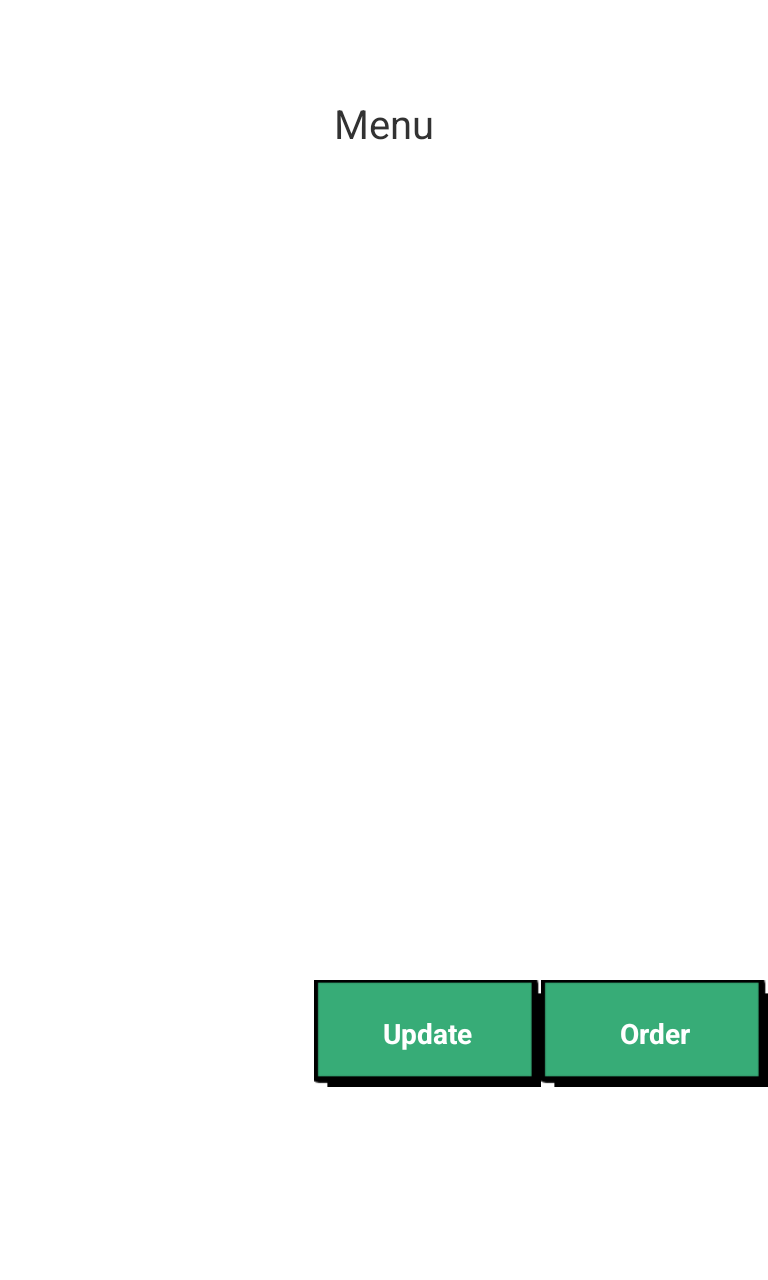
Repository: VanThi/Smart_Order
Layout: Project OS/Project_SO/res/layout/menu_item.xml
An editor plug-in stored every save of this project. The layout is shown before and after the next save, followed by the edit.
It is drawn on a 768 x 1280 px phone screen (xhdpi) without system bars, with theme AppTheme; the app's code is not run. Lists and similar views that code fills are empty.

Above is the layout before, as saved 2013-11-09 12:46:26.

### Project OS/Project_SO/res/layout/menu_item.xml
<?xml version="1.0" encoding="utf-8"?>
<LinearLayout xmlns:android="http://schemas.android.com/apk/res/android"
    android:layout_width="match_parent"
    android:layout_height="match_parent"
    android:orientation="vertical" >

    <TextView
        android:layout_width="wrap_content"
        android:layout_height="0dp"
        android:layout_weight="1" />

    <TextView
        android:layout_width="wrap_content"
        android:layout_height="wrap_content"
        android:layout_gravity="center"
        android:layout_weight="1"
        android:text="@string/menu"
        android:textSize="20sp" />

    <ListView
        android:id="@+id/menu_item"
        android:layout_width="wrap_content"
        android:layout_height="wrap_content"
        android:layout_weight="7" >
    </ListView>

    <TextView
        android:id="@+id/total"
        android:layout_width="wrap_content"
        android:layout_height="wrap_content"
        android:textAppearance="?android:attr/textAppearanceLarge"
        android:textIsSelectable="true"
        android:weight="1" />

    <LinearLayout
        android:layout_width="wrap_content"
        android:layout_height="wrap_content"
        android:layout_gravity="right"
        android:layout_weight="1"
        android:orientation="horizontal" >

        <Button
            android:id="@+id/updatebutton"
            style="@style/Button"
            android:layout_width="wrap_content"
            android:layout_height="wrap_content"
            android:text="@string/update" />

        <Button
            android:id="@+id/order"
            style="@style/Button"
            android:layout_width="wrap_content"
            android:layout_height="wrap_content"
            android:text="@string/order" />
    </LinearLayout>

    <TextView
        android:layout_width="wrap_content"
        android:layout_height="0dp"
        android:layout_weight="1" />

</LinearLayout>

### Project OS/Project_SO/res/values/styles.xml
<resources>

    <!--
        Base application theme, dependent on API level. This theme is replaced
        by AppBaseTheme from res/values-vXX/styles.xml on newer devices.
    -->
    <style name="AppBaseTheme" parent="android:Theme.Light">
        <!--
            Theme customizations available in newer API levels can go in
            res/values-vXX/styles.xml, while customizations related to
            backward-compatibility can go here.
        -->
    </style>

    <style name="NoActionBar" parent="@android:style/Theme.Holo.NoActionBar">
        <!-- Inherits the Holo theme with no action bar; no other styles needed. -->
    </style>

    <!-- Application theme. -->
    <style name="AppTheme" parent="AppBaseTheme">
        <!-- All customizations that are NOT specific to a particular API-level can go here. -->
    </style>

    <style name="HeaderBG">
        <item name="android:layout_width">fill_parent</item>
        <item name="android:layout_height">60dp</item>
        <item name="android:background">@drawable/header_bg</item>
        <item name="android:orientation">horizontal</item>
    </style>

    <style name="HeaderText">
        <item name="android:textColor">#FFFFFF</item>
        <item name="android:textSize">22sp</item>
        <item name="android:textStyle">bold</item>
        <item name="android:ellipsize">end</item>
        <item name="android:gravity">center</item>
        <item name="android:singleLine">true</item>
        <item name="android:text">@string/app_name</item>
    </style>

    <style name="Background">
        <item name="android:layout_width">fill_parent</item>
        <item name="android:layout_height">fill_parent</item>
        <item name="android:background">@color/background</item>
        <item name="android:orientation">vertical</item>
    </style>

    <style name="MENU">
        <item name="android:layout_width">fill_parent</item>
        <item name="android:layout_height">63dp</item>
        <item name="android:background">@drawable/menu_bg</item>
        <item name="android:gravity">center_vertical</item>
        <item name="android:padding">10dp</item>
        <item name="android:textColor">#FFFFFF</item>
        <item name="android:textSize">16sp</item>
    </style>

    <style name="TextDescription">
        <item name="android:textColor">@color/black</item>
        <item name="android:textSize">16sp</item>
        <item name="android:typeface">sans</item>
        <item name="android:textStyle">bold</item>
    </style>

    <style name="Text">
        <item name="android:textColor">@color/black</item>
        <item name="android:textSize">20sp</item>
        <item name="android:typeface">sans</item>
    </style>

    <style name="EditText">
        <item name="android:textColor">@color/black</item>
        <item name="android:textSize">14sp</item>
        <item name="android:typeface">sans</item>
        <item name="android:padding">5dp</item>
    </style>

    <style name="Button">
        <item name="android:padding">5dp</item>
        <item name="android:textStyle">bold</item>
        <item name="android:textColor">@color/white</item>
        <item name="android:textSize">14sp</item>
        <item name="android:background">@drawable/btn_bg</item>
        <item name="android:typeface">sans</item>
        <item name="android:layout_width">90dp</item>
        <item name="android:layout_height">40dp</item>
    </style>

    <style name="ButtonRight">
        <item name="android:padding">5dp</item>
        <item name="android:textStyle">bold</item>
        <item name="android:textColor">@color/white</item>
        <item name="android:textSize">14sp</item>
        <item name="android:background">@drawable/btn_bg</item>
        <item name="android:typeface">sans</item>
        <item name="android:layout_width">90dp</item>
        <item name="android:layout_height">40dp</item>
        <item name="android:layout_marginLeft">5dp</item>
    </style>

    <style name="CustomProgressBar" parent="android:Widget.ProgressBar.Horizontal">
        <item name="android:layout_width">200dp</item>
        <item name="android:layout_height">wrap_content</item>
        <item name="android:padding">5dp</item>
        <item name="android:layout_marginRight">10dp</item>
        <item name="android:indeterminateOnly">false</item>
        <item name="android:progressDrawable">@drawable/custom_progress_bar_horizontal</item>
        <item name="android:minHeight">10dip</item>
        <item name="android:maxHeight">20dip</item>
    </style>


</resources>

### Project OS/Project_SO/res/values/strings.xml
<?xml version="1.0" encoding="utf-8"?>
<resources>

    <string name="app_name">Smart Order</string>
    <string name="action_settings">Settings</string>
    <string name="hello_world">Hello world!</string>
    <string name="menu_item">Menu</string>
    <string name="configuration">View Info</string>
    <string name="viewOrder">View Order</string>
    <string name="logout">Logout</string>
    <string name="exit">Exit</string>
    <string name="userName">User Name</string>
    <string name="password">Password</string>
    <string name="address">Address</string>
    <string name="phoneNumber">Phone Number</string>
    <string name="email">Email</string>
    <string name="confirm">Confirm</string>
    <string name="fullName">Full Name</string>
    <string name="register">Not have a account?</string>
    <string name="login">Login</string>
    <string name="developer">CyberSoft Team 1</string>
    <string name="clear">Clear</string>
    <string name="update">Update</string>
    <string name="order">Order</string>
    <string name="save">Save</string>
    <string name="registerForm">Register Form</string>
	<string name="configurationForm">View Info</string>
	<string name="ok">OK</string>
	<string name="back">Back</string>
	<string name="inc">+</string>
	<string name="dec">-</string>
	<string name="menu">Menu</string>

</resources>

### Project OS/Project_SO/res/values/colors.xml
<?xml version="1.0" encoding="utf-8"?>
<resources>
	<color name="transparent">#00000000</color>
	<color name="menu_background">#C0C0C0</color>
	<color name="background">#ffffff</color>

	<!-- Process bar -->
	<color name="black">#000000</color>
	<color name="white">#ffffff</color>
	<color name="progressbar">#4b80ce</color>

</resources>

### Project OS/Project_SO/res/drawable/btn_bg.xml
<?xml version="1.0" encoding="utf-8"?>
<selector xmlns:android="http://schemas.android.com/apk/res/android">
    <item android:state_pressed="true"
          android:drawable="@drawable/btn_bg_selected" /> <!-- pressed -->
    <item android:state_focused="true"
          android:drawable="@drawable/btn_bg_selected" /> <!-- focused -->
    <item android:drawable="@drawable/btn_bg_normal" /> <!-- default -->
</selector>

Loaded but not shown: Project OS/Project_SO/res/values-v11/styles.xml (common file); Project OS/Project_SO/res/values-v14/styles.xml (common file)

After the next save:
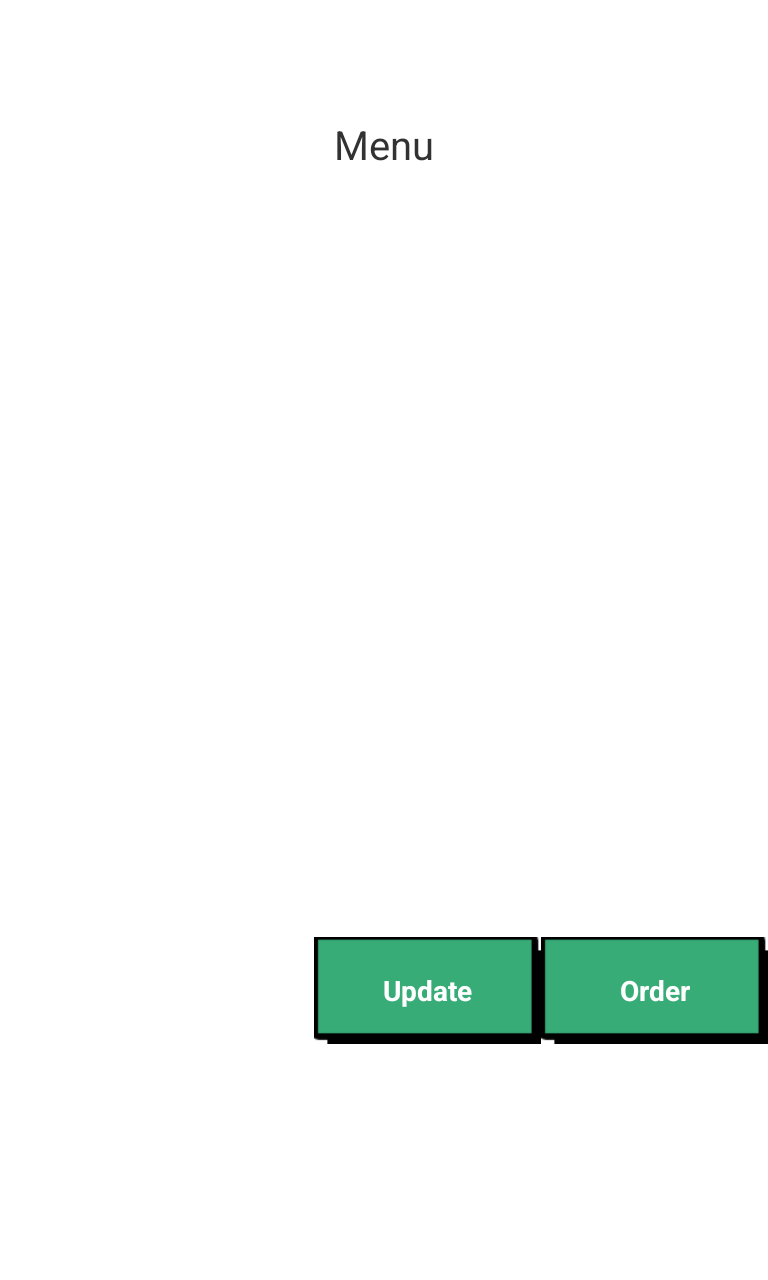
Saved 10 s later.
--- a/Project OS/Project_SO/res/layout/menu_item.xml
+++ b/Project OS/Project_SO/res/layout/menu_item.xml
@@ -21,7 +21,7 @@
         android:id="@+id/menu_item"
         android:layout_width="wrap_content"
         android:layout_height="wrap_content"
-        android:layout_weight="7" >
+        android:layout_weight="5" >
     </ListView>
 
     <TextView
